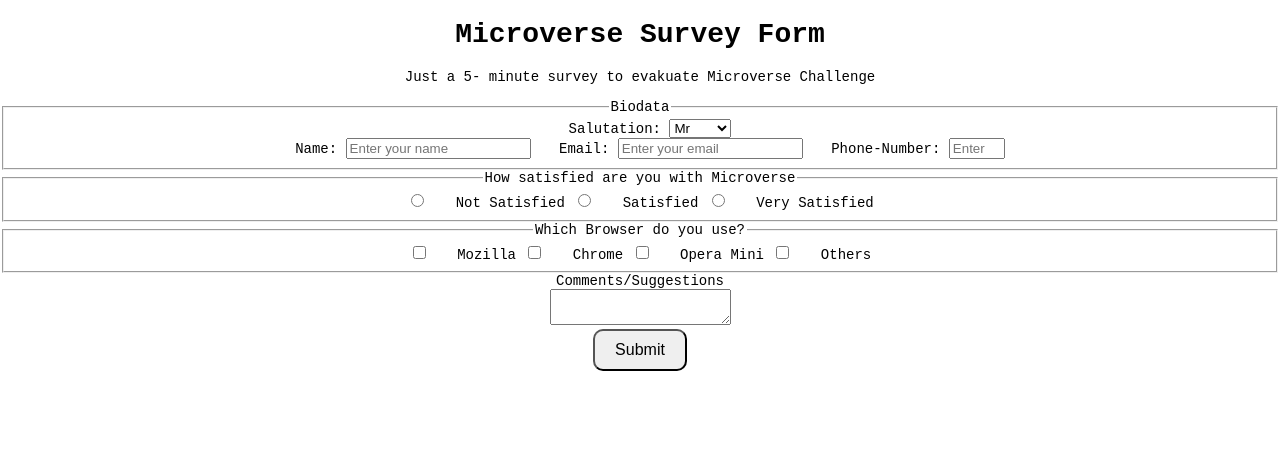
Repository: ahmedmeshref/Microverse-project
Page: index.html
An editor plug-in stored every save of this project. The page is shown before and after the next save, followed by the edit.
The browser window is 1280 px wide. The pictures show the whole page.

Above is the page before, as saved 2019-03-29 15:40:26.

### index.html
<!DOCTYPE html>

<html lang="en">
<head>
 <meta charset="utf-8">
 <meta http-equiv="X-UA-Compatible" content="IE=edge">
 <link rel="stylesheet" href="./css/style.css" >
<title>Survey Form</title>
</head>
<body>
<h1 id="title">Microverse Survey Form</h1>
<p id="description">Just a 5- minute survey to evakuate Microverse Challenge</p>
<form action="submit" id="survey-form">
<fieldset>
    <legend>Biodata</legend>
    <label for="salutation" >Salutation: </label>
    <select id="dropdown">
        <option> Mr</option>
        <option> Mrs</option>
        <option> Miss</option>
        <option>Others</option>
    </select></br>

    <label id="name-label" name="name" for="name">Name: </label>
    <input type="text"  id="name-label" name="name" placeholder="Enter your name" required>

    <label id="email-label" for="email">Email: </label>
    <input type="email"  id="email-label" placeholder="Enter your email" required>

    <label id="phone-label"  for="phone-number">Phone-Number: </label>
    <input type="number"  id="phone-label" placeholder="Enter your Phone Number" required min="6" max="20">
</fieldset>

<fieldset>
    <legend>How satisfied are you with Microverse</legend>
    <input type="radio"  name ="sat" value="Not Satisfied">
    <label for="ns">Not Satisfied</label>

    <input type="radio" name ="sat" value="Satisfied">
    <label>Satisfied</label>

    <input type="radio" name ="sat" value="Very Satisfied">
    <label>Very Satisfied</label>
</fieldset>

<fieldset>
    <legend>Which Browser do you use?</legend>
    <input type="checkbox">
    <label>Mozilla</label>

    <input type="checkbox">
    <label>Chrome</label>

    <input type="checkbox">
    <label>Opera Mini</label>

    <input type="checkbox">
    <label>Others</label>
</fieldset>
</fieldset>
    <legend id="cands">Comments/Suggestions</legend>
    <textarea name="message" width="15" height="10"></textarea>
</fieldset>
<div id="sub">
    <input type="submit" value="Submit" id="submit" >
</div><br/>
</form>
</body>
</html>

### css/style.css
body {
    margin: 0px;
    text-align: center;
    font-family: 'Courier New', Courier, monospace;
    font-size: 14px;
}

placeholder {
    /* padding: 50px;*/
    /* margin: 5px;*/
}

label {
    margin-left: 20px;
}

.dropdown {
    margin-right: 20px;
}

input[type="submit"] {
    padding: 10px 20px;
    border-radius: 10px;
    font-size: 16px;
}

After the next save:
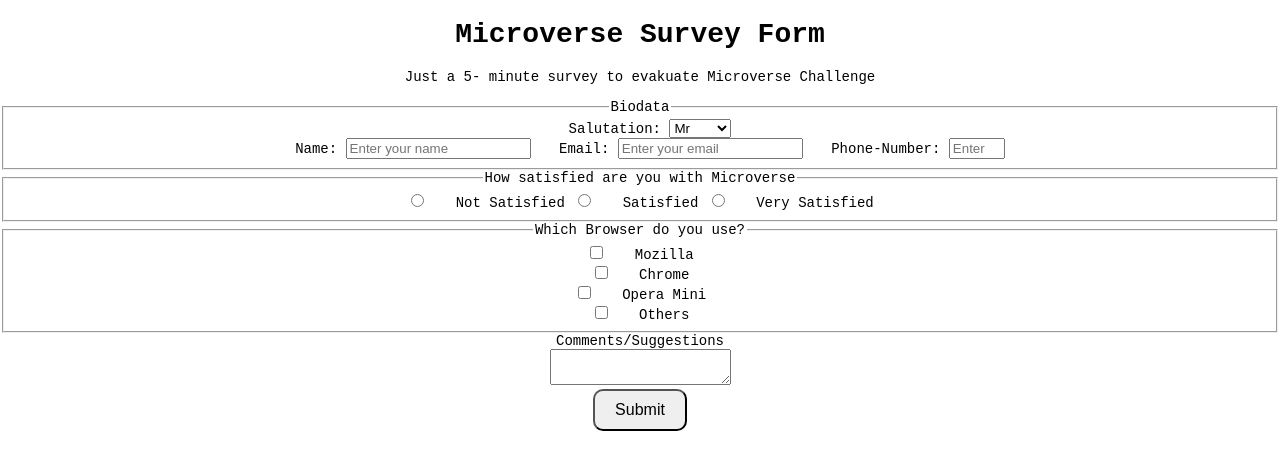
Saved 87 s later.
--- a/index.html
+++ b/index.html
@@ -46,13 +46,13 @@
 <fieldset>
     <legend>Which Browser do you use?</legend>
     <input type="checkbox">
-    <label>Mozilla</label>
+    <label>Mozilla</label><br/>
 
     <input type="checkbox">
-    <label>Chrome</label>
+    <label>Chrome</label><br/>
 
     <input type="checkbox">
-    <label>Opera Mini</label>
+    <label>Opera Mini</label><br/>
 
     <input type="checkbox">
     <label>Others</label>
